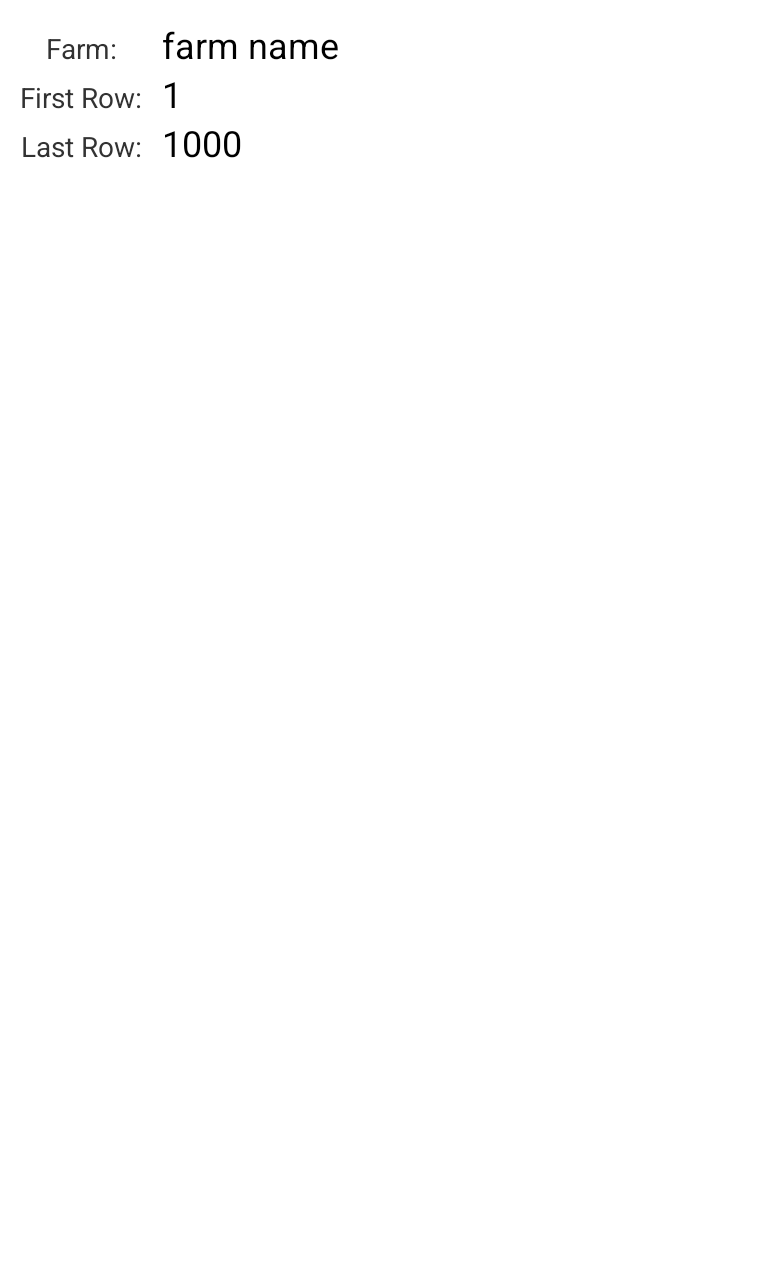
Repository: cokembel/FarmHand
Layout: FarmHand/res/layout/view_farm.xml
The author's editor kept a copy of each file at every save. The layout is drawn from the files as they stood at one save, then again after the next save.
It is drawn on a 768 x 1280 px phone screen (xhdpi) without system bars, with theme AppTheme; the app's code is not run.

Above is the layout before, as saved 2012-12-10 21:17:36.

### FarmHand/res/layout/view_farm.xml

    <TableLayout xmlns:android="http://schemas.android.com/apk/res/android"
        android:layout_width="fill_parent"
        android:layout_height="fill_parent"
        android:padding="10dp" >
	   <TableRow
	            android:id="@+id/tableRow1"
	            android:layout_width="wrap_content"
	            android:layout_height="wrap_content" >

	            <TextView
	                android:id="@+id/farm_label"
	                android:layout_width="wrap_content"
	                android:layout_height="wrap_content"
	                android:gravity="center"
	                android:text="Farm:" />

	            <TextView
	                android:id="@+id/textView2"
	                android:layout_width="wrap_content"
	                android:layout_height="wrap_content"
	                android:paddingLeft="10dp"
	                android:text="farm name"
	                android:textAppearance="?android:attr/textAppearanceMedium" />

	        </TableRow>

	        <TableRow
	            android:id="@+id/tableRow2"
	            android:layout_width="wrap_content"
	            android:layout_height="wrap_content" >

	            <TextView
	                android:id="@+id/first_row"
	                android:layout_width="wrap_content"
	                android:layout_height="wrap_content"
	                android:gravity="right"
	                android:text="First Row:" />

	            <TextView
	                android:id="@+id/first_row_number"
	                android:layout_width="wrap_content"
	                android:layout_height="wrap_content"
	                android:paddingLeft="10dp"
	                android:text="1"
	                android:textAppearance="?android:attr/textAppearanceMedium" />

	        </TableRow>

	        <TableRow
	            android:id="@+id/tableRow3"
	            android:layout_width="wrap_content"
	            android:layout_height="wrap_content" >

	            <TextView
	                android:id="@+id/last_row"
	                android:layout_width="wrap_content"
	                android:layout_height="wrap_content"
	                android:gravity="right"
	                android:text="Last Row:" />

	            <TextView
	                android:id="@+id/last_row_number"
     	            android:paddingLeft="10dp"
	                android:layout_width="wrap_content"
	                android:layout_height="wrap_content"
	                android:text="1000"
	                android:textAppearance="?android:attr/textAppearanceMedium" />

	        </TableRow>


    </TableLayout>

Loaded but not shown: FarmHand/res/values-v11/styles.xml (common file); FarmHand/res/values-v14/styles.xml (common file); FarmHand/res/values/styles.xml (common file)

After the next save:
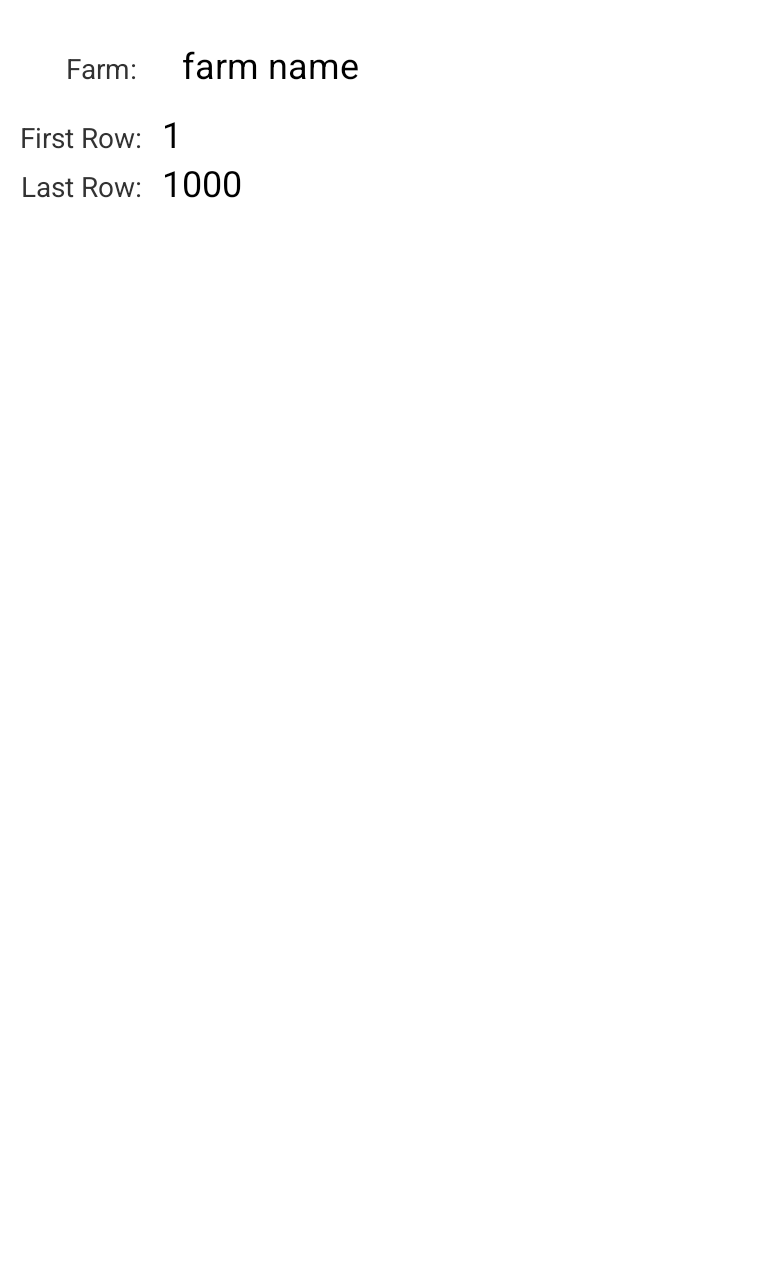
Saved 22 s later.
--- a/FarmHand/res/layout/view_farm.xml
+++ b/FarmHand/res/layout/view_farm.xml
@@ -6,7 +6,8 @@
 	   <TableRow
 	            android:id="@+id/tableRow1"
 	            android:layout_width="wrap_content"
-	            android:layout_height="wrap_content" >
+	            android:layout_height="wrap_content"
+	            android:padding="10dp" >
 
 	            <TextView
 	                android:id="@+id/farm_label"
